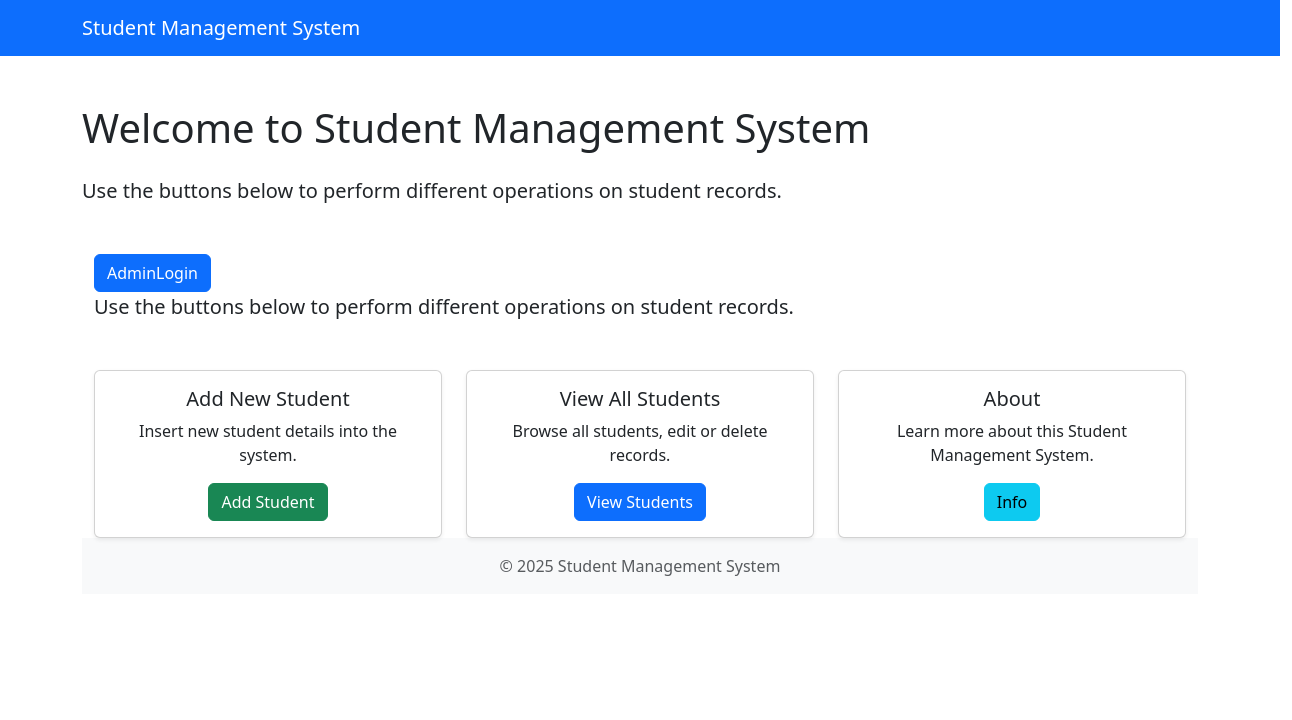
Repository: BorudePiyush/StudentMANAGEMENTSystem-using-java
Page: http://localhost/Student_management_systems/
An editor plug-in stored every save of this project. The page is shown before and after the next save, followed by the edit.
The browser window is 1280 px wide. The page is 1280 px wide, then 1292 px, so the pictures cover 1292 px, including what lies to the right of the window. The pictures show the whole page.
The page is served by Tomcat 10. Other server files are loaded and not shown.

Above is the page before, as saved 2025-06-07 06:46:32.

### Student management systems/src/main/webapp/index.html
<!DOCTYPE html>
<html lang="en">
<head>
<meta charset="ISO-8859-1">
 <meta charset="UTF-8" />
  <meta name="viewport" content="width=device-width, initial-scale=1" />
  <title>Student Management System - Dashboard</title>
  <link
    href="https://cdn.jsdelivr.net/npm/bootstrap@5.3.2/dist/css/bootstrap.min.css"
    rel="stylesheet"
  />
</head>
<body>
  <nav class="navbar navbar-expand-lg navbar-dark bg-primary">
    <div class="container">
      <a class="navbar-brand" href="#">Student Management System</a>
    </div>
  </nav>

  <div class="container mt-5">
    <h1 class="mb-4">Welcome to Student Management System</h1>
    <p class="lead">
      Use the buttons below to perform different operations on student records.
    </p>

<div class="container mt-5">
    <a href="AddminLogin" class="btn btn-primary">AdminLogin</a>
    <p class="lead">
      Use the buttons below to perform different operations on student records.
    </p>
    <div class="row g-4 mt-4">
      <div class="col-md-4">
        <div class="card shadow-sm">
          <div class="card-body text-center">
            <h5 class="card-title">Add New Student</h5>
            <p class="card-text">Insert new student details into the system.</p>
            <a href="AddStudent.jsp" class="btn btn-success">Add Student</a>
          </div>
        </div>
      </div>

      <div class="col-md-4">
        <div class="card shadow-sm">
          <div class="card-body text-center">
            <h5 class="card-title">View All Students</h5>
            <p class="card-text">Browse all students, edit or delete records.</p>
            <a href="ViewStudentsServlet" class="btn btn-primary">View Students</a>
          </div>
        </div>
      </div>

      <div class="col-md-4">
        <div class="card shadow-sm">
          <div class="card-body text-center">
            <h5 class="card-title">About</h5>
            <p class="card-text">Learn more about this Student Management System.</p>
            <a href="#" class="btn btn-info" onclick="alert('This is a simple Java Servlet + JSP Student Management System project.')">Info</a>
          </div>
        </div>
      </div>
    </div>
  </div>

  <footer class="footer mt-auto py-3 bg-light text-center">
    <div class="container">
      <span class="text-muted">&copy; 2025 Student Management System</span>
    </div>
  </footer>

</body>
</html>

After the next save:
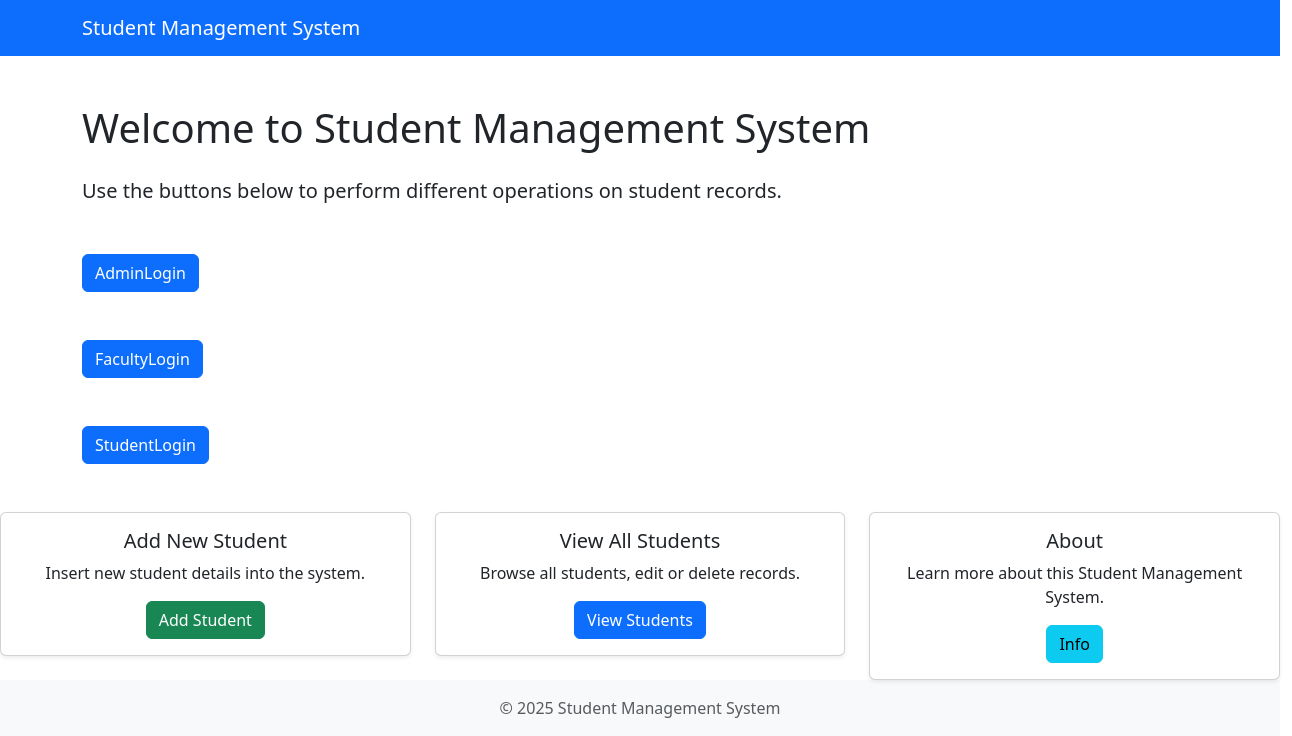
Saved 3 min 10 s later.
--- a/Student management systems/src/main/webapp/index.html
+++ b/Student management systems/src/main/webapp/index.html
@@ -22,12 +22,19 @@
     <p class="lead">
       Use the buttons below to perform different operations on student records.
     </p>
+    </div>
 
 <div class="container mt-5">
-    <a href="AddminLogin" class="btn btn-primary">AdminLogin</a>
-    <p class="lead">
-      Use the buttons below to perform different operations on student records.
-    </p>
+    <a href="AdminLogin" class="btn btn-primary">AdminLogin</a>
+    </div>
+    <div class="container mt-5">
+    <a href="FacultyLogin" class="btn btn-primary">FacultyLogin</a>
+    </div>
+    <div class="container mt-5">
+    <a href="StudentLogin" class="btn btn-primary">StudentLogin</a>
+    </div>
+
+
     <div class="row g-4 mt-4">
       <div class="col-md-4">
         <div class="card shadow-sm">
